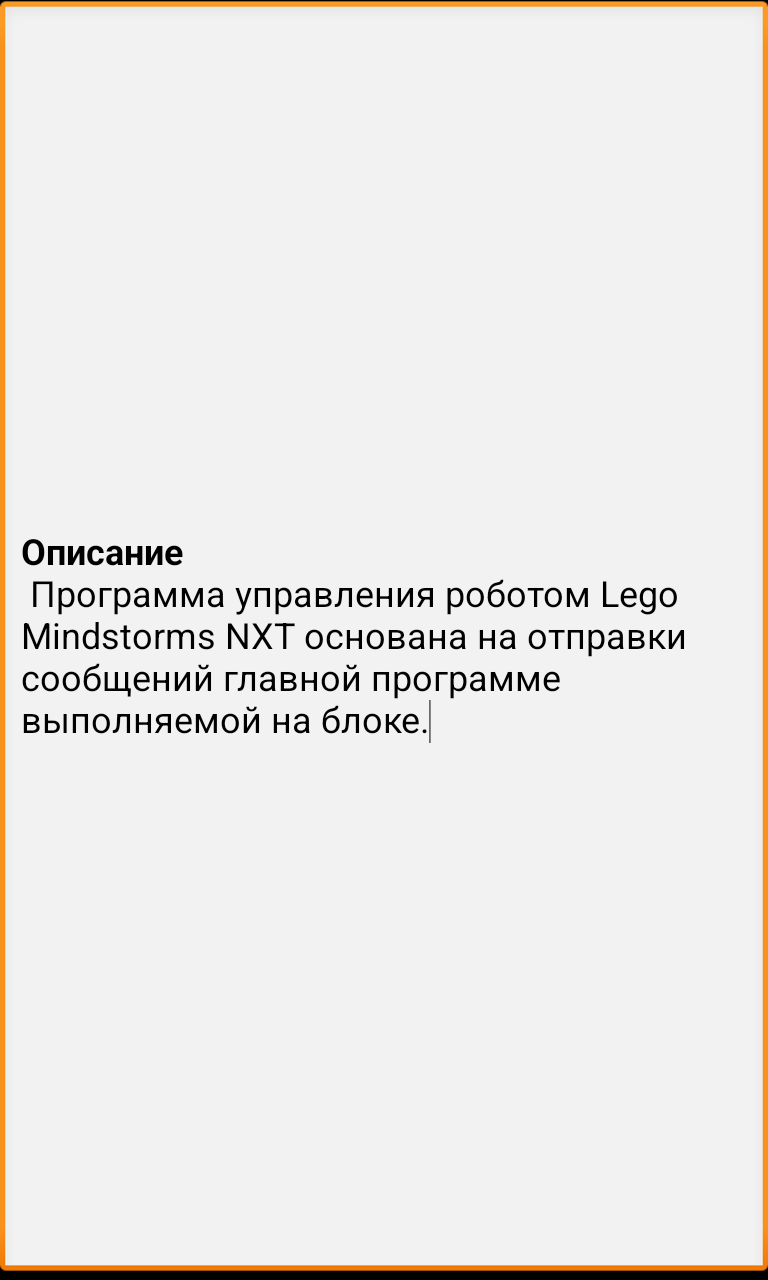
Repository: ssbayanov/panhandlerNXT
Layout: poproshaika/res/layout/help.xml
These files come from the project's save history. The layout is drawn as it stood at one moment and after the next save; the edit follows.
It is drawn on a 768 x 1280 px phone screen (xhdpi) without system bars, with theme android:Theme; the app's code is not run.

Above is the layout before, as saved 2012-11-06 06:44:28.

### poproshaika/res/layout/help.xml
<?xml version="1.0" encoding="utf-8"?>
<LinearLayout xmlns:android="http://schemas.android.com/apk/res/android"
    android:layout_width="fill_parent"
    android:layout_height="fill_parent"
    android:orientation="vertical" >

    <EditText
        android:id="@+id/content"
    	android:layout_width="fill_parent"
    	android:layout_height="fill_parent"
    	android:text="@string/help_content"
        android:inputType="textMultiLine" >

        <requestFocus />
    </EditText>

</LinearLayout>

### poproshaika/res/values/strings.xml
<?xml version="1.0" encoding="utf-8"?>
<resources xmlns:xliff="urn:oasis:names:tc:xliff:document:1.2">

    <string name="app_name">Управление NXT</string>

    <!--  BluetoothChat -->
    <string name="send">Send</string>
    <string name="not_connected">Устройство не подключено</string>
    <string name="bt_not_enabled">Bluetooth выключен.\n Включите его для работы</string>
    <string name="bt_enabled">Bluetooth включен</string>
    <string name="bt_not_supported">Bluetooth не поддерживается</string>
    <string name="title_connecting">Соединение&#8230;</string>
    <string name="title_connected_to">Соединение с <xliff:g id="device_name">%1$s</xliff:g></string>
    <string name="title_not_connected">Не удалось подключиться</string>
    <string name="title_connection_close">Соединение разорвоно</string>


    <!--  DeviceListActivity -->
    <string name="scanning">Сканируем устройства&#8230;</string>
    <string name="select_device">Выберите устройство для соединения</string>
    <string name="none_paired">Нет соединённых устройств</string>
    <string name="none_found">Устройства не найдены</string>
    <string name="button_scan">Найти устройства</string>
    <string name="connected_devices">Подключенные устройства</string>
    <string name="descovered_devices">Найденные устройства</string>

    <!-- Options Menu -->
    <string name="secure_connect">Подключить устройсто</string>
    <string name="run_programm">Запустить программу</string>
    <string name="disconnect">Отключить устройсто</string>
    <string name="discoverable">Сделать видимым</string>
    <string name="help">Помощь</string>

    <!-- Main Layout -->
    <string name="main_title">Программа управления NXT v1.1</string>
    <string name="robot_name">Имя робота</string>
    <string name="foward_left">↖</string>
    <string name="foward">↑</string>
    <string name="foward_right">↗</string>
    <string name="left">←</string>
    <string name="button_scan_off">Выкл</string>
    <string name="button_scan_on">Вкл</string>
    <string name="right">→</string>
    <string name="backward_left">↙</string>
    <string name="backward">↓</string>
    <string name="backward_right">↘</string>

    <!-- Preferances -->
    <string name="preferences">Настройки</string>
    <string name="summary_preferences">Общие</string>
    <string name="title_preference_show_battery">Отобразить заряд баттареи</string>
    <string name="summary_on_preference_show_battery">Отображается</string>
    <string name="summary_off_preference_show_battery">Не отображается</string>
    <string name="robot_preferences">Робот</string>
    <string name="title_preference_name_program">Имя программы</string>
    <string name="title_preference_summary_name_program">Введите имя программы которую требуется запустить на роботе</string>
    <string name="preference_edit_this_text">Имя программы</string>

    <!--  Help  -->
    <string name="help_content">
        <b>Описание</b>\n
        Программа управления роботом Lego Mindstorms NXT основана на отправки сообщений главной программе выполняемой на блоке.
    </string>


</resources>

After the next save:
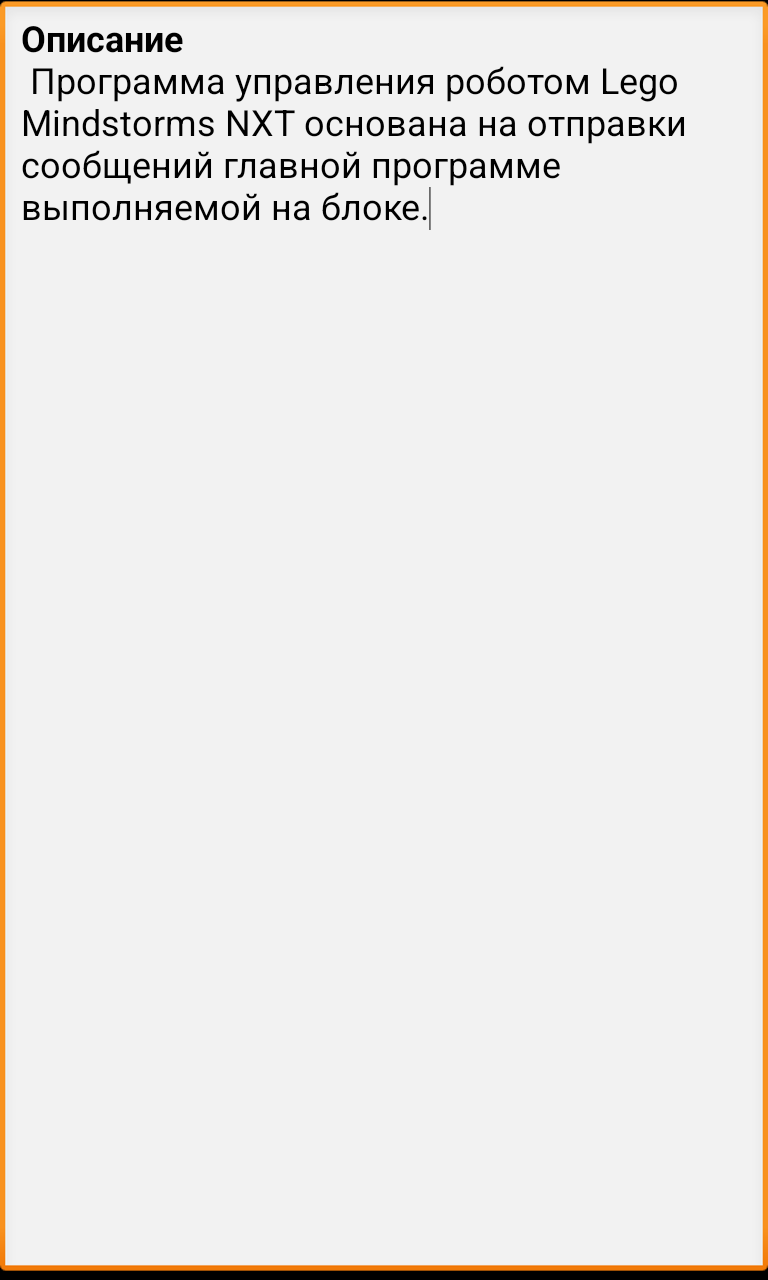
Saved 91 s later.
--- a/poproshaika/res/layout/help.xml
+++ b/poproshaika/res/layout/help.xml
@@ -9,7 +9,8 @@
     	android:layout_width="fill_parent"
     	android:layout_height="fill_parent"
     	android:text="@string/help_content"
-        android:inputType="textMultiLine" >
+        android:inputType="textMultiLine"
+        android:gravity="top">
 
         <requestFocus />
     </EditText>
